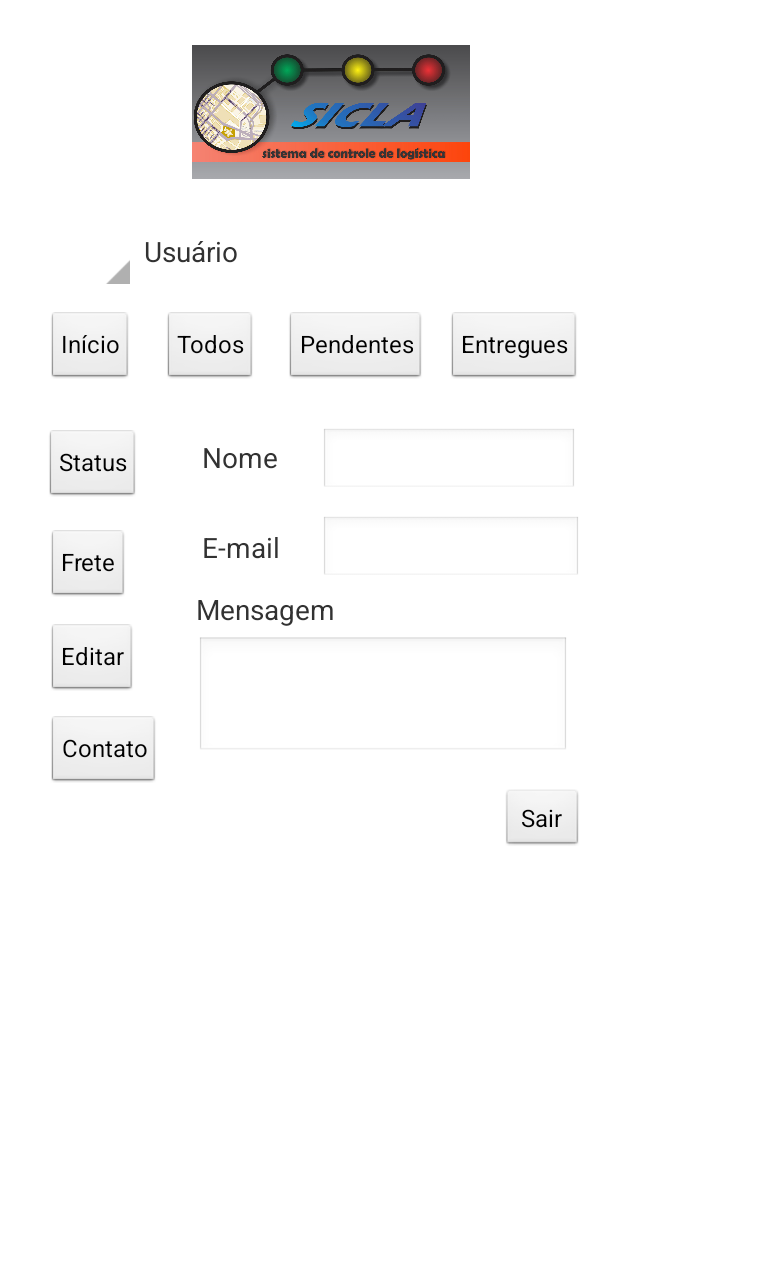
Repository: danielpedroza/SICLA
Layout: Sicla/res/layout/contatocliente.xml
The author's editor kept a copy of each file at every save. The layout is drawn from the files as they stood at one save, then again after the next save.
It is drawn on a 768 x 1280 px phone screen (xhdpi) without system bars, with theme AppTheme; the app's code is not run.

Above is the layout before, as saved 2013-07-06 09:25:12.

After the next save:
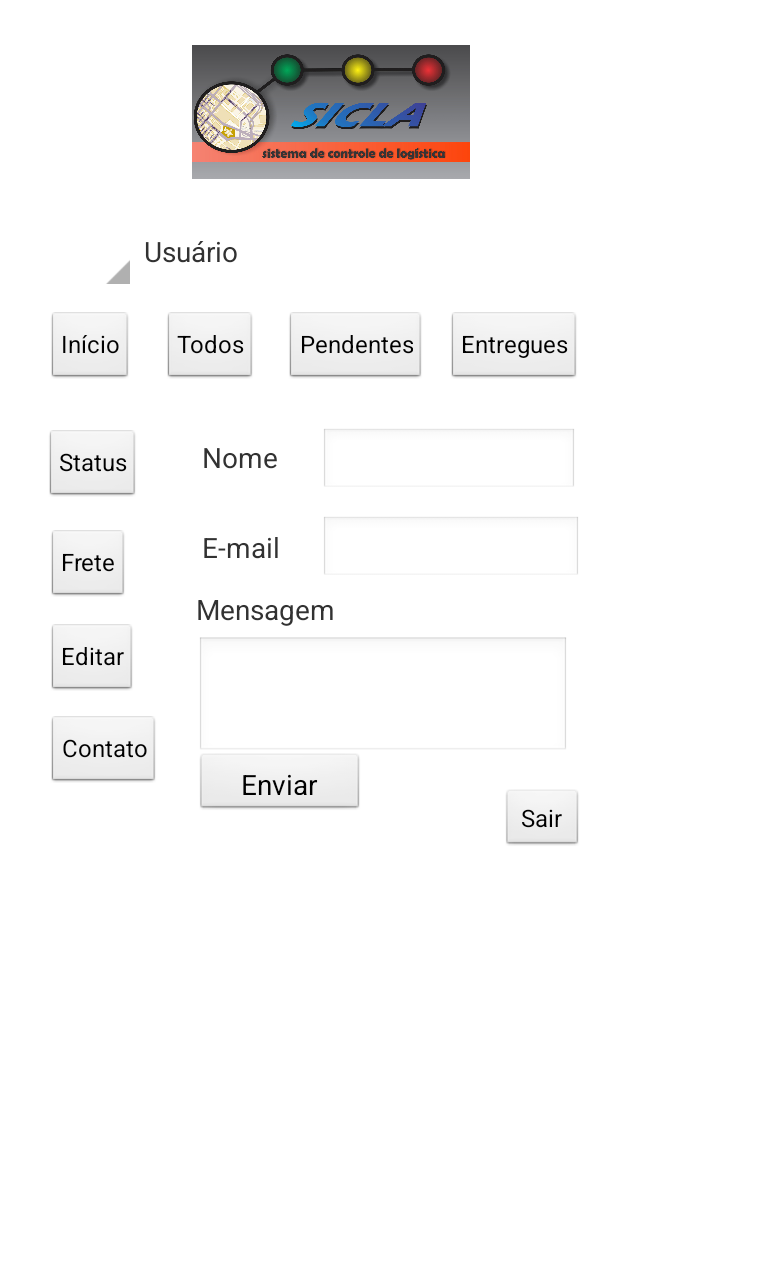
Saved 26 min 16 s later.
--- a/Sicla/res/layout/contatocliente.xml
+++ b/Sicla/res/layout/contatocliente.xml
@@ -187,6 +187,14 @@
             android:layout_y="203dp"
             android:text="Nome" />
 
+        <Button
+            android:id="@+id/button3"
+            android:layout_width="86dp"
+            android:layout_height="33dp"
+            android:layout_x="81dp"
+            android:layout_y="360dp"
+            android:text="Enviar" />
+
     </AbsoluteLayout>
 
 </RelativeLayout>
